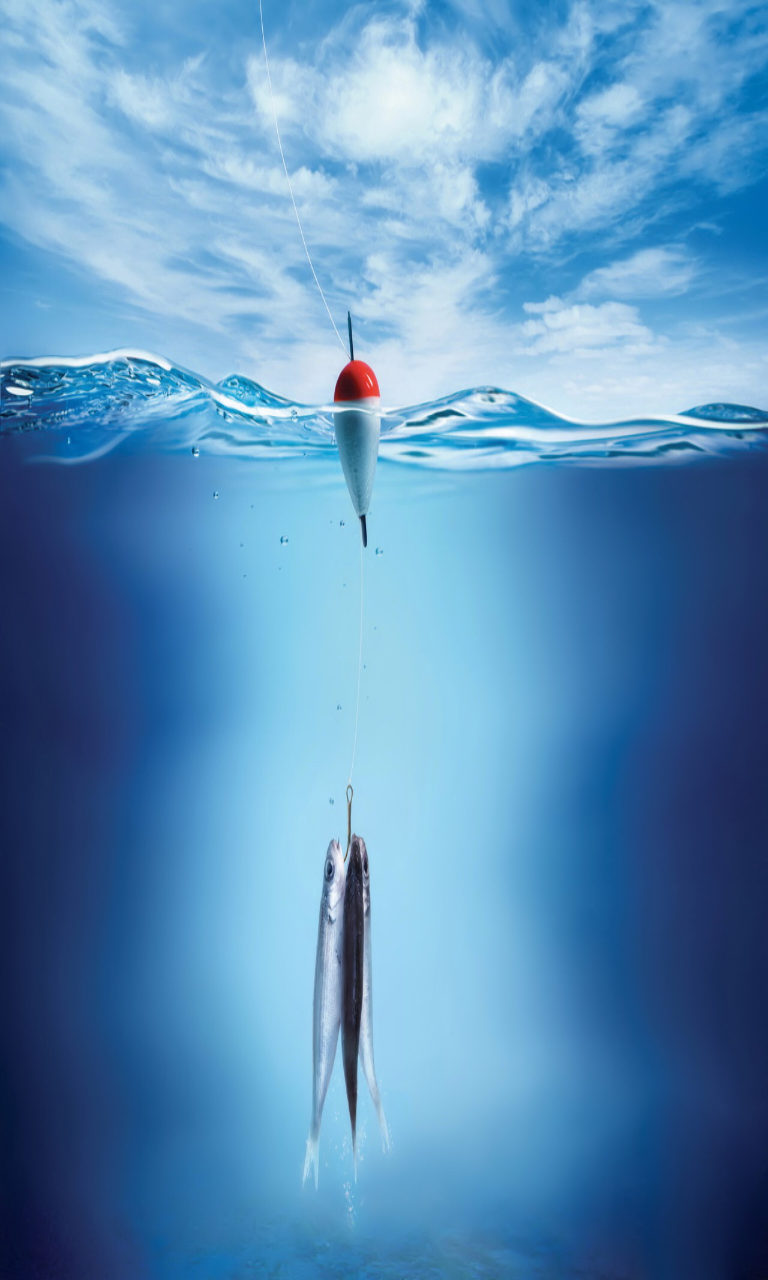
Repository: zerox2012/Fall2014Android
Layout: FishingBuddy/res/layout/activity_login.xml
These files come from the project's save history. The layout is drawn as it stood at one moment and after the next save; the edit follows.
It is drawn on a 768 x 1280 px phone screen (xhdpi) without system bars, with theme AppTheme; the app's code is not run.

Above is the layout before, as saved 2014-10-20 17:13:28.

After the next save:
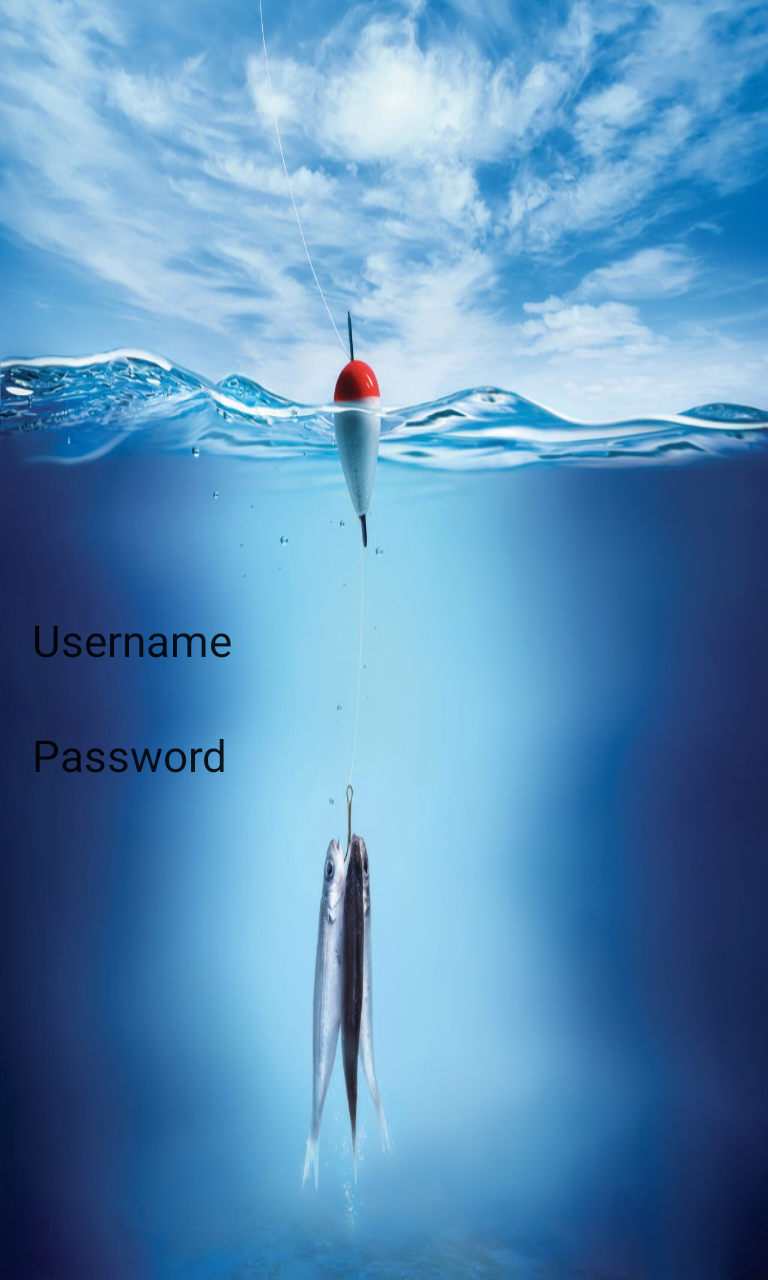
Saved 6 min 29 s later.
--- a/FishingBuddy/res/layout/activity_login.xml
+++ b/FishingBuddy/res/layout/activity_login.xml
@@ -9,4 +9,23 @@
     android:background ="@drawable/login"
     tools:context="usf.fall2014.android.fishingbuddy.Login" >
 
+    <TextView
+        android:id="@+id/textView1"
+        android:layout_width="wrap_content"
+        android:layout_height="wrap_content"
+        android:layout_alignParentLeft="true"
+        android:layout_centerVertical="true"
+        android:text="Username"
+        android:textAppearance="?android:attr/textAppearanceLarge" />
+
+    <TextView
+        android:id="@+id/textView2"
+        android:layout_width="wrap_content"
+        android:layout_height="wrap_content"
+        android:layout_alignLeft="@+id/textView1"
+        android:layout_below="@+id/textView1"
+        android:layout_marginTop="28dp"
+        android:text="Password"
+        android:textAppearance="?android:attr/textAppearanceLarge" />
+
 </RelativeLayout>
